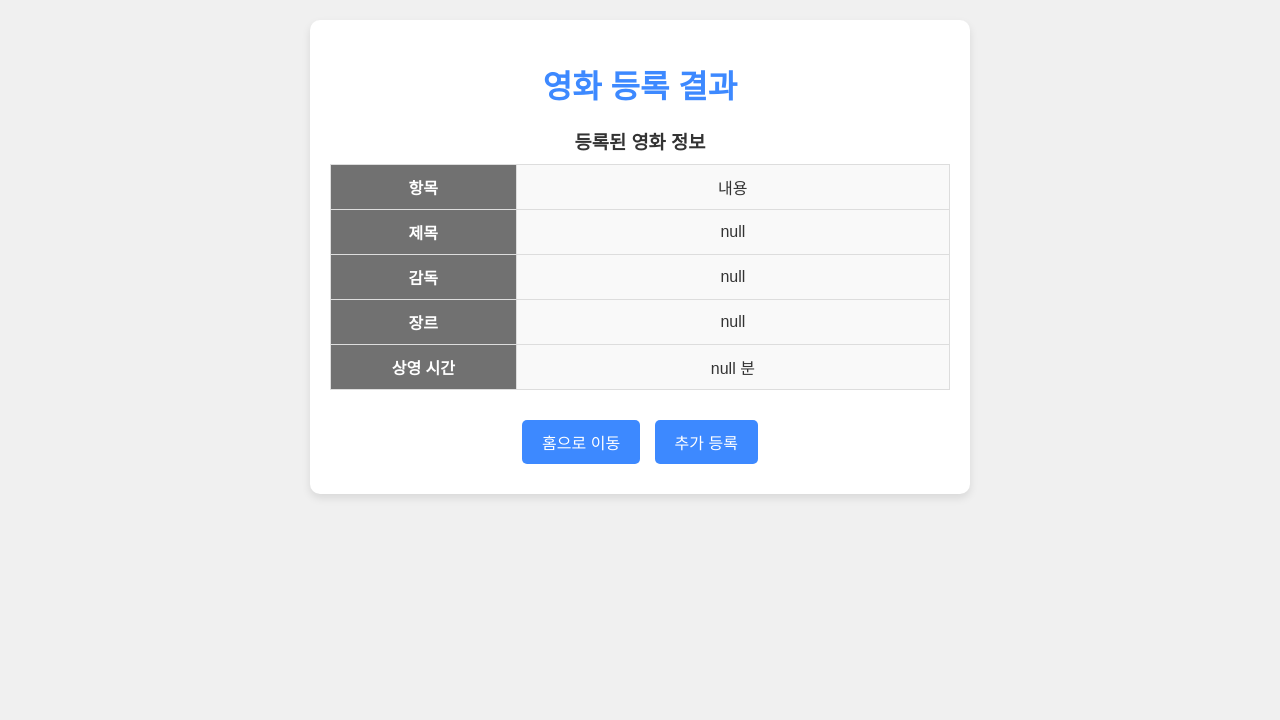
Repository: s00ngle/SSAFY-BE
Page: http://localhost/back_db_ws_01_2/regist_result.jsp
The author's editor kept a copy of each file at every save. The page is drawn from the files as they stood at one save, then again after the next save.
The browser window is 1280 px wide. The pictures show the whole page.
The page is served by Tomcat 10. Other server files are loaded and not shown. The template is opened directly, without the code that normally fills it, so the values that code supplies are empty.

Above is the page before, as saved 2024-09-24 04:30:13.

### back_db_ws_01_2/src/main/webapp/regist_result.jsp
<%@ page language="java" contentType="text/html; charset=UTF-8"
    pageEncoding="UTF-8"%>
<!DOCTYPE html>
<html>
<head>
    <title>영화 등록 결과</title>
    <style>
        body {
            font-family: 'Arial', sans-serif;
            background-color: #f0f0f0;
            margin: 0;
            padding: 20px;
            color: #333;
        }

        h1 {
            text-align: center;
            color: #3d89ff;
            margin-bottom: 20px;
        }

        h3 {
            text-align: center;
            color: #333;
            margin-bottom: 10px;
        }

        .container {
            width: 50%;
            margin: 0 auto;
            background-color: #fff;
            padding: 20px;
            box-shadow: 0 4px 8px rgba(0, 0, 0, 0.1);
            border-radius: 10px;
        }

        table {
            width: 100%;
            border-collapse: collapse;
            margin-bottom: 20px;
        }

        th, td {
            padding: 10px;
            text-align: center;
            border: 1px solid #ddd;
        }

        th {
            background-color: #717171;
            color: white;
            width: 30%;
        }

        td {
            background-color: #f9f9f9;
        }

        a {
            display: inline-block;
            margin: 10px 5px;
            padding: 10px 20px;
            text-decoration: none;
            background-color: #3d89ff;
            color: white;
            border-radius: 5px;
            transition: background-color 0.3s;
        }

        a:hover {
            background-color: #3d89ff;
        }

        .button-container {
            text-align: center;
        }
    </style>
</head>
<body>
    <div class="container">
        <h1>영화 등록 결과</h1>
        <h3>등록된 영화 정보</h3>
        <table>
            <tr>
                <th>항목</th>
                <td>내용</td>
            </tr>
            <tr>
                <th>제목</th>
                <td><%= request.getAttribute("title") %></td>
            </tr>
            <tr>
                <th>감독</th>
                <td><%= request.getAttribute("director") %></td>
            </tr>
            <tr>
                <th>장르</th>
                <td><%= request.getAttribute("genre") %></td>
            </tr>
            <tr>
                <th>상영 시간</th>
                <td><%= request.getAttribute("runningTime") %> 분</td>
            </tr>
        </table>
        <div class="button-container">
            <a href="/">홈으로 이동</a>
            <a href="/regist.html">추가 등록</a>
        </div>
    </div>
</body>
</html>

After the next save:
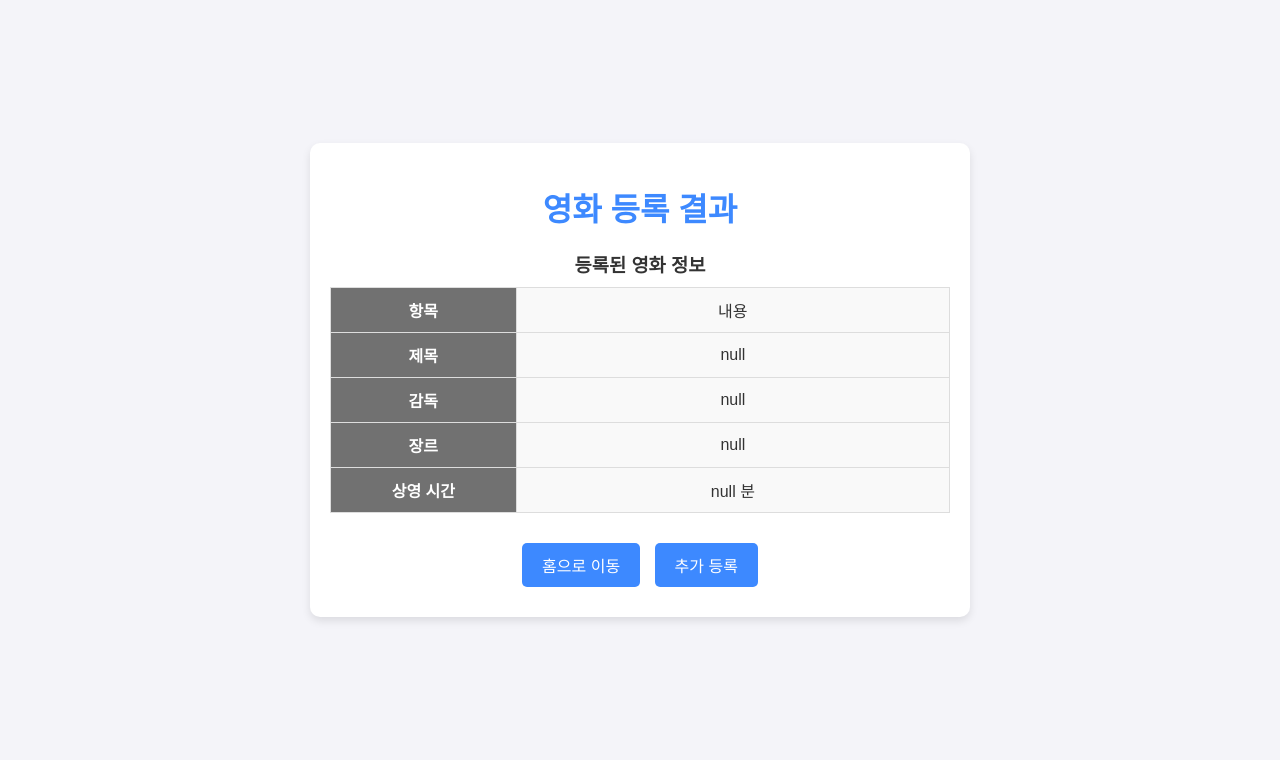
Saved 33 s later.
--- a/back_db_ws_01_2/src/main/webapp/regist_result.jsp
+++ b/back_db_ws_01_2/src/main/webapp/regist_result.jsp
@@ -11,6 +11,11 @@
             margin: 0;
             padding: 20px;
             color: #333;
+                background-color: #f4f4f9;
+    display: flex;
+    justify-content: center;
+    align-items: center;
+    height: 100vh;
         }
 
         h1 {
